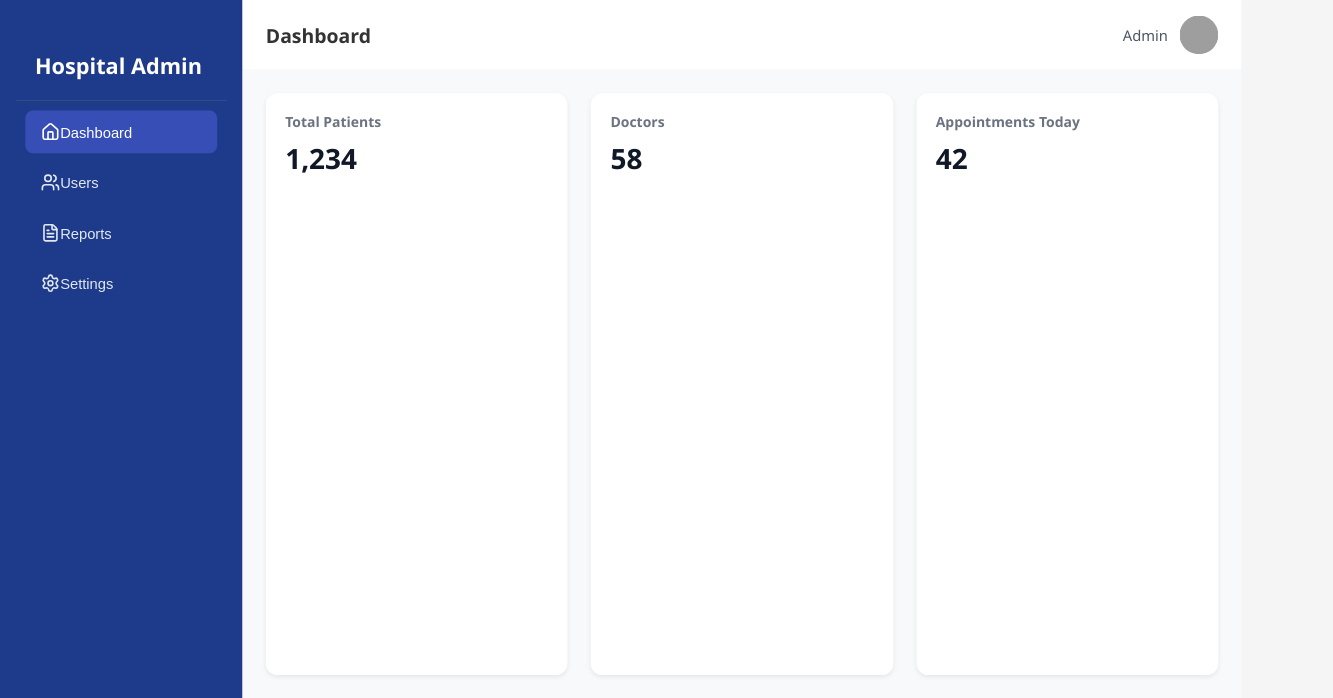
Repository: Ndegwa2/Kenyatta
Page: /admin (app in hospital-system/frontend/)
An editor plug-in stored every save of this project. The page is shown before and after the next save, followed by the edit.
The browser window is 1280 px wide. The page is 1280 px wide, then 1374 px, so the pictures cover 1374 px, including what lies to the right of the window. The pictures show the whole page, at 97% of full size.
Pictures or frames that could not be fetched are drawn as grey boxes. The project was rebuilt for these pictures with package versions that can differ from the ones it lists, and the page was loaded fresh each time. Also part of the build but not shown: hospital-system/frontend/src/services/auth.js, hospital-system/frontend/src/pages/Login.jsx, hospital-system/frontend/src/components/Navbar.jsx, hospital-system/frontend/src/components/Sidebar.jsx, hospital-system/frontend/src/components/TicketCard.jsx, hospital-system/frontend/src/services/api.js, hospital-system/frontend/src/pages/PatientDashboard.jsx, hospital-system/frontend/src/pages/DepartmentDashboard.jsx and 1 more.

Above is the page before, as saved 2025-10-19 17:01:28.

After the next save:
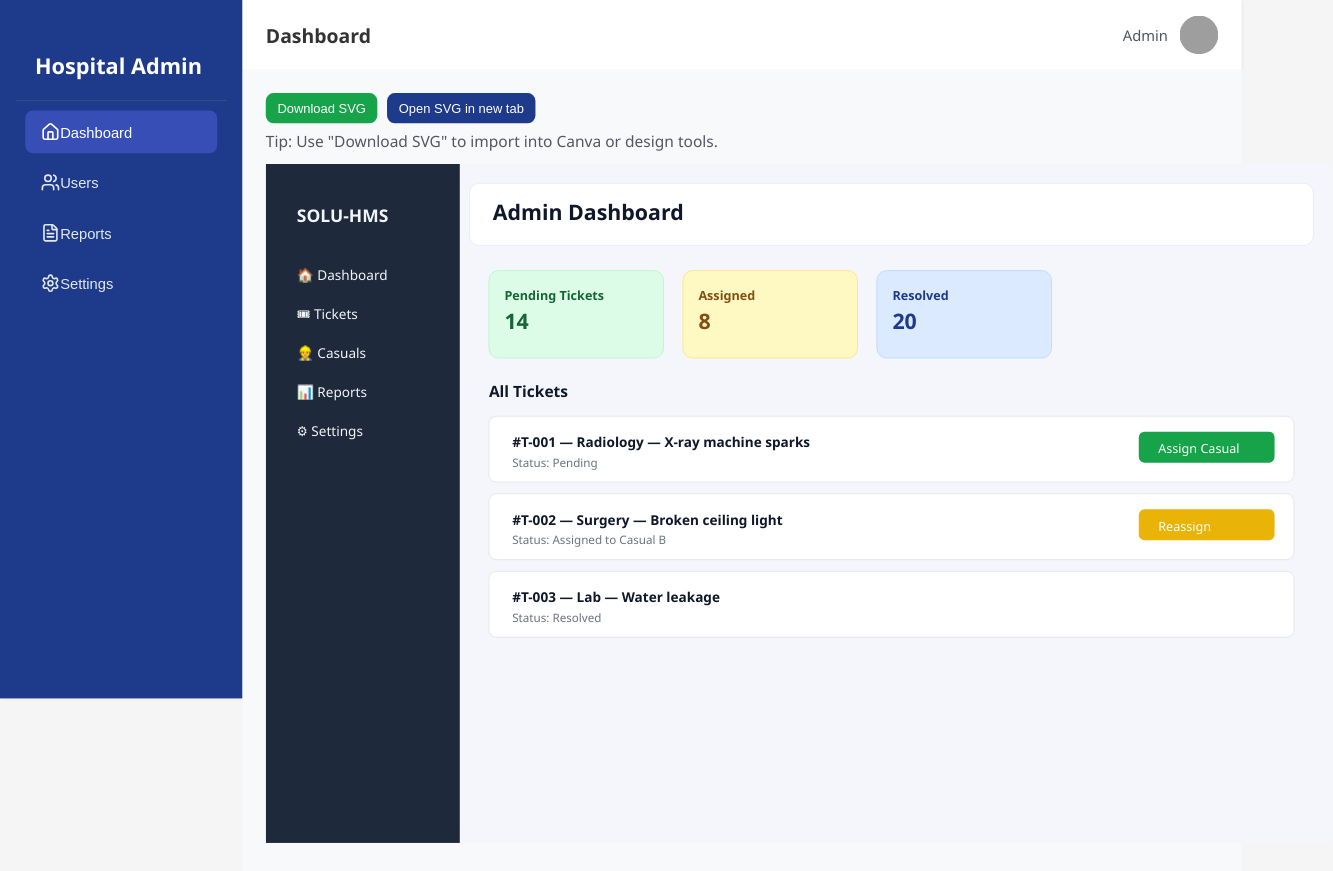
Saved 40 s later.
--- a/hospital-system/frontend/src/pages/AdminDashboard.jsx
+++ b/hospital-system/frontend/src/pages/AdminDashboard.jsx
@@ -1,6 +1,7 @@
 // src/pages/AdminDashboard.jsx
 import { useState } from "react";
 import { Home, Users, FileText, Settings } from "lucide-react";
+import SvgDashboard from "../components/SvgDashboard";
 import "../admin.css";
 
 export default function AdminDashboard() {
@@ -50,20 +51,26 @@ export default function AdminDashboard() {
 
         {/* Dashboard Content */}
         <main className="dashboard-content">
-          <div className="card">
-            <h2>Total Patients</h2>
-            <p>1,234</p>
-          </div>
+          {active === "Dashboard" ? (
+            <SvgDashboard />
+          ) : (
+            <>
+              <div className="card">
+                <h2>Total Patients</h2>
+                <p>1,234</p>
+              </div>
 
-          <div className="card">
-            <h2>Doctors</h2>
-            <p>58</p>
-          </div>
+              <div className="card">
+                <h2>Doctors</h2>
+                <p>58</p>
+              </div>
 
-          <div className="card">
-            <h2>Appointments Today</h2>
-            <p>42</p>
-          </div>
+              <div className="card">
+                <h2>Appointments Today</h2>
+                <p>42</p>
+              </div>
+            </>
+          )}
         </main>
       </div>
     </div>
